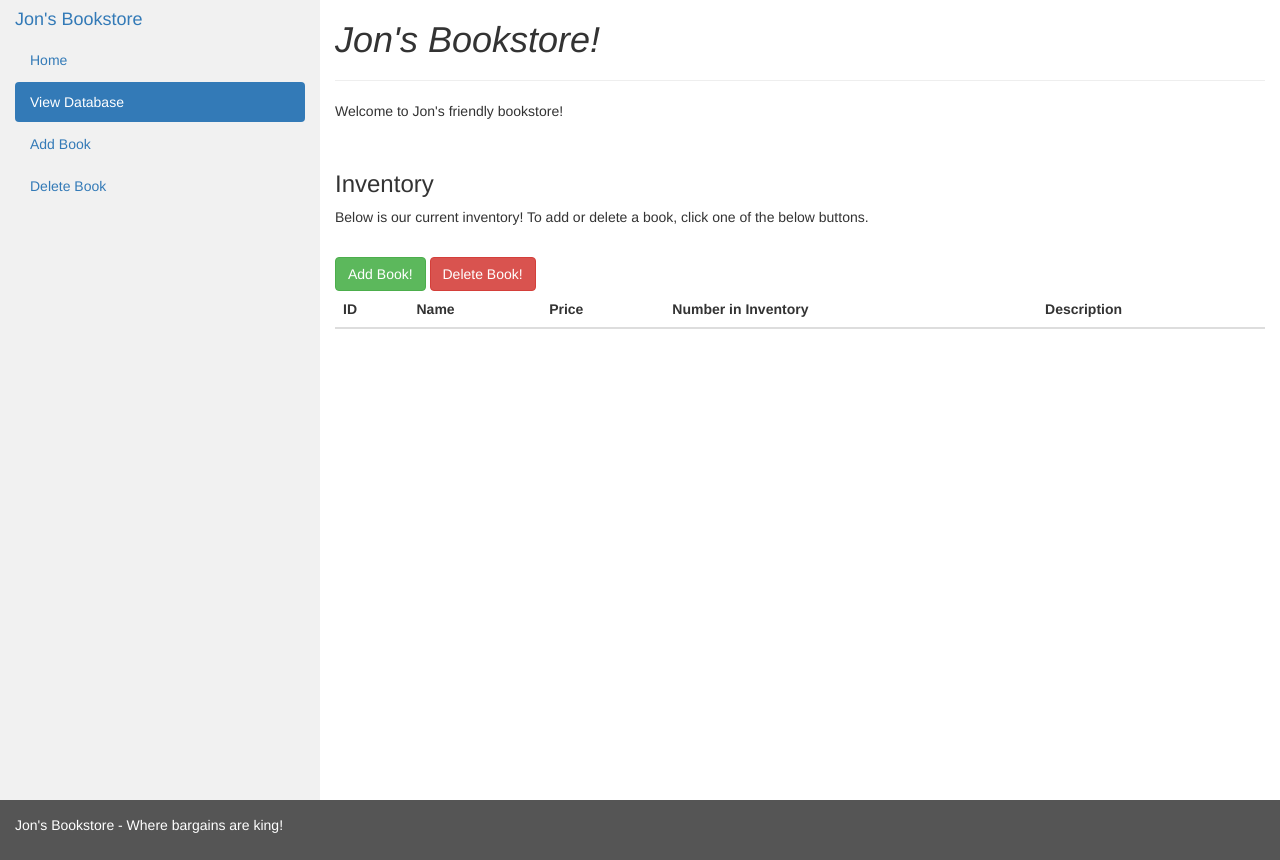
Repository: Inferno51/bookstoreproject
Page: http://localhost/bookstore/readfromdb.jsp
The author's editor kept a copy of each file at every save. The page is drawn from the files as they stood at one save, then again after the next save.
The browser window is 1280 px wide. The pictures show the whole page.
The page is served by Tomcat 9. Other server files are loaded and not shown. Queries for data that is not in the repository find no rows.

Above is the page before, as saved 2016-09-02 17:02:57.

### bookstore/src/main/webapp/readfromdb.jsp
<%@page import="com.bookstore.DAO"%>
<%@page import="com.bookstore.Book"%>
<%@ page language="java" contentType="text/html; charset=ISO-8859-1"
	pageEncoding="ISO-8859-1"%>
<!DOCTYPE html PUBLIC "-//W3C//DTD HTML 4.01 Transitional//EN" "http://www.w3.org/TR/html4/loose.dtd">
<html>
<head>
<title>Jon's Bookstore</title>
<meta http-equiv="Content-Type" content="text/html; charset=ISO-8859-1">
<meta charset="utf-8">
<meta name="viewport" content="width=device-width, initial-scale=1">
<link rel="stylesheet" href="styles.css">
<link rel="stylesheet"
	href="http://maxcdn.bootstrapcdn.com/bootstrap/3.3.7/css/bootstrap.min.css">
<script
	src="https://ajax.googleapis.com/ajax/libs/jquery/1.12.4/jquery.min.js"></script>
<script
	src="http://maxcdn.bootstrapcdn.com/bootstrap/3.3.7/js/bootstrap.min.js"></script>
</head>
<body>
	<div class="container-fluid">
		<div class="row content">
			<div class="col-sm-3 sidenav">
				<h4>
					<a href="index.html">Jon's Bookstore</a>
				</h4>
				<ul class="nav nav-pills nav-stacked">
					<li><a href="index.html">Home</a></li>
					<li class="active"><a href="readfromdb.jsp">View Database</a></li>
					<li><a href="addbook.html">Add Book</a></li>
					<li><a href="deletebook.html">Delete Book</a></li>
				</ul>
				<br>
			</div>

			<div class="col-sm-9">
				<h1>
					<em>Jon's Bookstore!</em>
					</h4>
					<hr>
					<p>Welcome to Jon's friendly bookstore!</p>
					<br>
					<h3>Inventory</h3>
					<p>Below is our current inventory! To add or delete a book,
						click one of the below buttons.</p>
					<br> <a href="addbook.html" class="btn btn-success"
						role="button">Add Book!</a> <a href="deletebook.html"
						class="btn btn-danger" role="button">Delete Book!</a>
					<table class="table table-striped">
						<thead>
							<tr>
								<th>ID</th>
								<th>Name</th>
								<th>Price</th>
								<th>Number in Inventory</th>
								<th>Description</th>
							</tr>
						</thead>
						<tbody>

							<%
								com.bookstore.DAO.readFromDB();
							%>
							<%
								Book readToJSP = new Book();

								for (int i = 0; i < DAO.ourBooks.size(); i++) {
									readToJSP = DAO.ourBooks.get(i);
							%>
							<tr>
								<td><%=readToJSP.getBookID() %></td>
								<td><%=readToJSP.getBookName()%></td>
								<td><%=readToJSP.getBookPrice()%></td>
								<td><%=readToJSP.getBookCount()%></td>
								<td><%=readToJSP.getBookDesc()%></td>
							</tr>
							<%
								}
								DAO.ourBooks.clear();
							%>

						</tbody>
					</table>
			</div>
		</div>
	</div>

	<footer class="container-fluid">
	<p>Jon's Bookstore - Where bargains are king!</p>
	</footer>
</body>
</html>

### bookstore/src/main/java/com/bookstore/DAO.java
package com.bookstore;

import java.sql.*;
import java.util.ArrayList;

public class DAO {

	static final String JDBC_DRIVER = "com.mysql.cj.jdbc.Driver";
	static final String DB_URL = "jdbc:mysql://127.0.0.1:3306/?user=root&autoReconnect=true&useSSL=false";
	static final String USER = "root";
	static final String PASSWORD = "sesame";

	static Connection CONN = null;
	static Statement STMT = null;
	static PreparedStatement PREP = null;
	static ResultSet RES = null;
	public static ArrayList<Book> ourBooks = new ArrayList<>();

	public static void connToDB() {
		try {
			Class.forName(JDBC_DRIVER);
			CONN = DriverManager.getConnection(DB_URL, USER, PASSWORD);
		} catch (SQLException | ClassNotFoundException e) {
			e.printStackTrace();
		} // Try connection statement
	} // connToDB

	public static void readFromDB() {
		connToDB();



		try {
			STMT = CONN.createStatement();
			RES = STMT.executeQuery("SELECT * FROM products.books;");

			while (RES.next()) {
				Book myBook = new Book();
				myBook.setBookID(RES.getInt("book_id"));
				myBook.setBookName(RES.getString("book_name"));
				myBook.setBookPrice(RES.getDouble("book_price"));
				myBook.setBookCount(RES.getInt("book_inv_count"));
				myBook.setBookDesc(RES.getString("book_desc"));

				ourBooks.add(myBook);

			}

			for (Book book : ourBooks) {
				System.out.println(book.toString());
			}

		} catch (SQLException e) {
			e.printStackTrace();
		}
	} // readFromDB

	private static String insertIntoTable = "INSERT INTO `products`.`books` "
			+ "(book_name, book_price, book_inv_count, book_desc)"
			+ " VALUES "
			+ "(?, ?, ?, ?)";

	public static void writeToDB(Book newBook) {

		Book bookToAdd = new Book();

		bookToAdd = newBook;

		try {
			connToDB();

			PREP = CONN.prepareStatement(insertIntoTable);

			PREP.setString(1, bookToAdd.getBookName());
			PREP.setDouble(2, bookToAdd.getBookPrice());
			PREP.setInt(3, bookToAdd.getBookCount());
			PREP.setString(4, bookToAdd.getBookDesc());

			System.out.println(PREP);

			PREP.executeUpdate();

		} catch (SQLException e) {
			e.printStackTrace();
		}

	}

	private static String updateDB = ("UPDATE `products`.`books` SET `book_name` = ?, `book_price` = ?, `book_inv_count` = ?, `book_desc` = ? WHERE `book_id` = ?");

	public static void updateDB(Book newBook) {

		readFromDB();

		Book bookToUpdate = new Book();

		bookToUpdate = newBook;

		try {
			PREP = CONN.prepareStatement(updateDB);

			PREP.setString(1, bookToUpdate.getBookName());
			PREP.setDouble(2, bookToUpdate.getBookPrice());
			PREP.setInt(3, bookToUpdate.getBookCount());
			PREP.setString(4, bookToUpdate.getBookDesc());
			PREP.setInt(5, bookToUpdate.getBookID());

			PREP.executeUpdate();

		} catch (SQLException e) {
			e.printStackTrace();
		}
	} // updateDB

	public static void deleteFromDatabase(Book newBook) {
		Book bookToDelete = new Book();
		bookToDelete = newBook;

		try {
			connToDB();
			PREP = CONN.prepareStatement("DELETE FROM `products`.`books` WHERE book_ID = ?");
			PREP.setInt(1, bookToDelete.getBookID());
			PREP.executeUpdate();
		} catch (SQLException e) {
			e.printStackTrace();
		}
	} // deleteFromDatabase
}

### bookstore/src/main/java/com/bookstore/Book.java
package com.bookstore;

public class Book {

	private int bookID = 0;
	private int bookCount = 0;
	private double bookPrice = 0.0d;
	private String bookName = null;
	private String bookDesc = null;

	// Constructor
	public Book(int bookID, int bookCount, double bookPrice, String bookName, String bookDesc) {
		super();
		this.bookID = bookID;
		this.bookCount = bookCount;
		this.bookPrice = bookPrice;
		this.bookName = bookName;
		this.bookDesc = bookDesc;
	} // Constructor

	// Blank constructor
	public Book() {
		super();
	} // Blank constructor


	// Getters and setters
	public int getBookID() {
		return bookID;
	}

	public void setBookID(int bookID) {
		this.bookID = bookID;
	}

	public int getBookCount() {
		return bookCount;
	}

	public void setBookCount(int bookCount) {
		this.bookCount = bookCount;
	}

	public double getBookPrice() {
		return bookPrice;
	}

	public void setBookPrice(double bookPrice) {
		this.bookPrice = bookPrice;
	}

	public String getBookName() {
		return bookName;
	}

	public void setBookName(String bookName) {
		this.bookName = bookName;
	}

	public String getBookDesc() {
		return bookDesc;
	}

	public void setBookDesc(String bookDesc) {
		this.bookDesc = bookDesc;
	}
	// Getters and setters


	@Override
	public String toString() {
		return "Book [bookID=" + bookID + ", bookCount=" + bookCount + ", bookPrice=" + bookPrice + ", bookName="
				+ bookName + ", bookDesc=" + bookDesc + "]";
	} // toString method



}

### bookstore/src/main/webapp/styles.css
@CHARSET "ISO-8859-1";
/* Set height of the grid so .sidenav can be 100% (adjust if needed) */
.row.content {
	height: 800px
}

/* Set gray background color and 100% height */
.sidenav {
	background-color: #f1f1f1;
	height: 100%;
}

/* Set black background color, white text and some padding */
footer {
	background-color: #555;
	color: white;
	padding: 15px;
}

/* On small screens, set height to 'auto' for sidenav and grid */
@media screen and (max-width: 767px) {
	.sidenav {
		height: auto;
		padding: 15px;
	}
	.row.content {
		height: auto;
	}
}

After the next save:
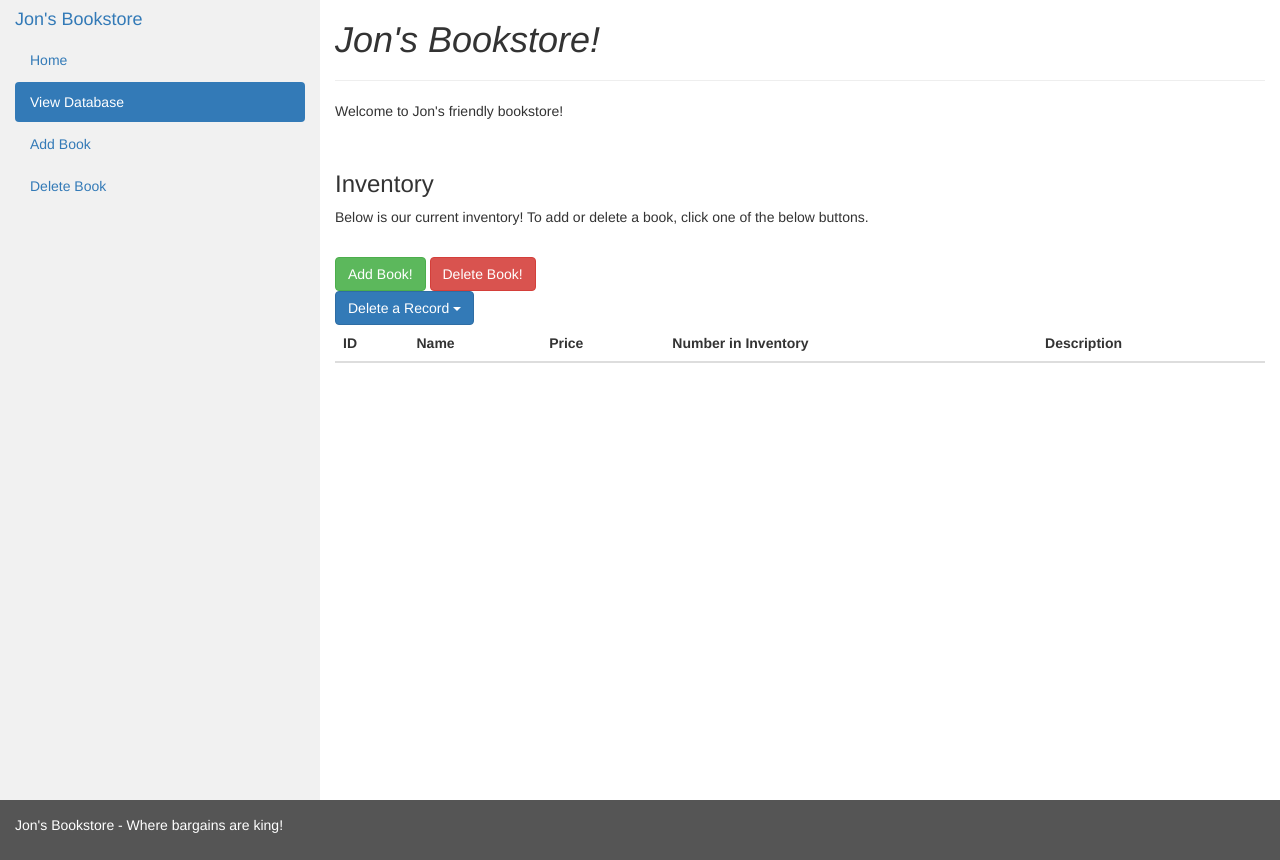
Saved 4 min 46 s later.
--- a/bookstore/src/main/webapp/readfromdb.jsp
+++ b/bookstore/src/main/webapp/readfromdb.jsp
@@ -80,6 +80,14 @@
 							%>
 
 						</tbody>
+						<div class="dropdown">
+							<button class="btn btn-primary dropdown-toggle" type="button" data-doggle="dropdown">Delete a Record
+							<span class="caret"></span></button>
+							<ul class="dropdown-menu">
+								<li>item to delete</li>
+							</ul>
+						</div>
+
 					</table>
 			</div>
 		</div>
